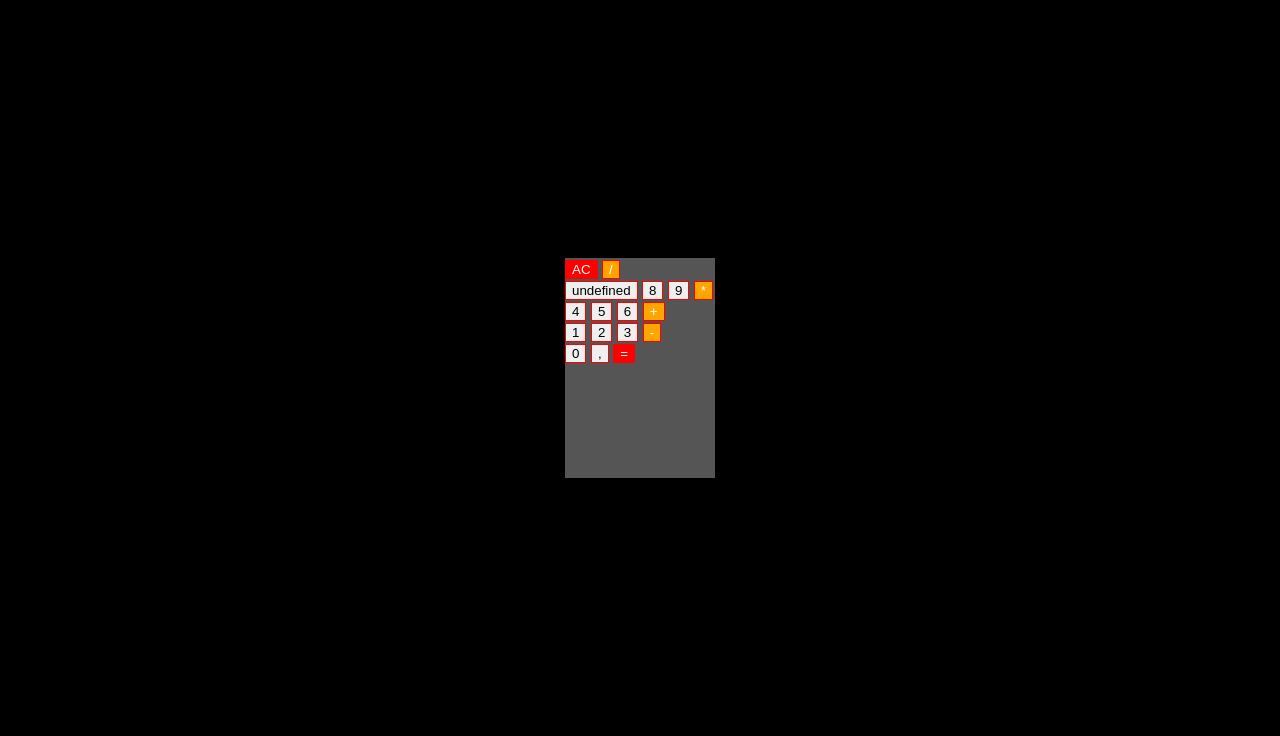
Repository: andersonxoliveira/Aplicacao_Calculadora
Page: /
An editor plug-in stored every save of this project. The page is shown before and after the next save, followed by the edit.
The browser window is 1280 px wide. The pictures show the whole page.
The project was rebuilt for these pictures with package versions that can differ from the ones it lists, and the page was loaded fresh each time. Also part of the build but not shown: svelte.config.js, vite.config.ts.

Above is the page before, as saved 2022-06-26 18:11:50.

After the next save:
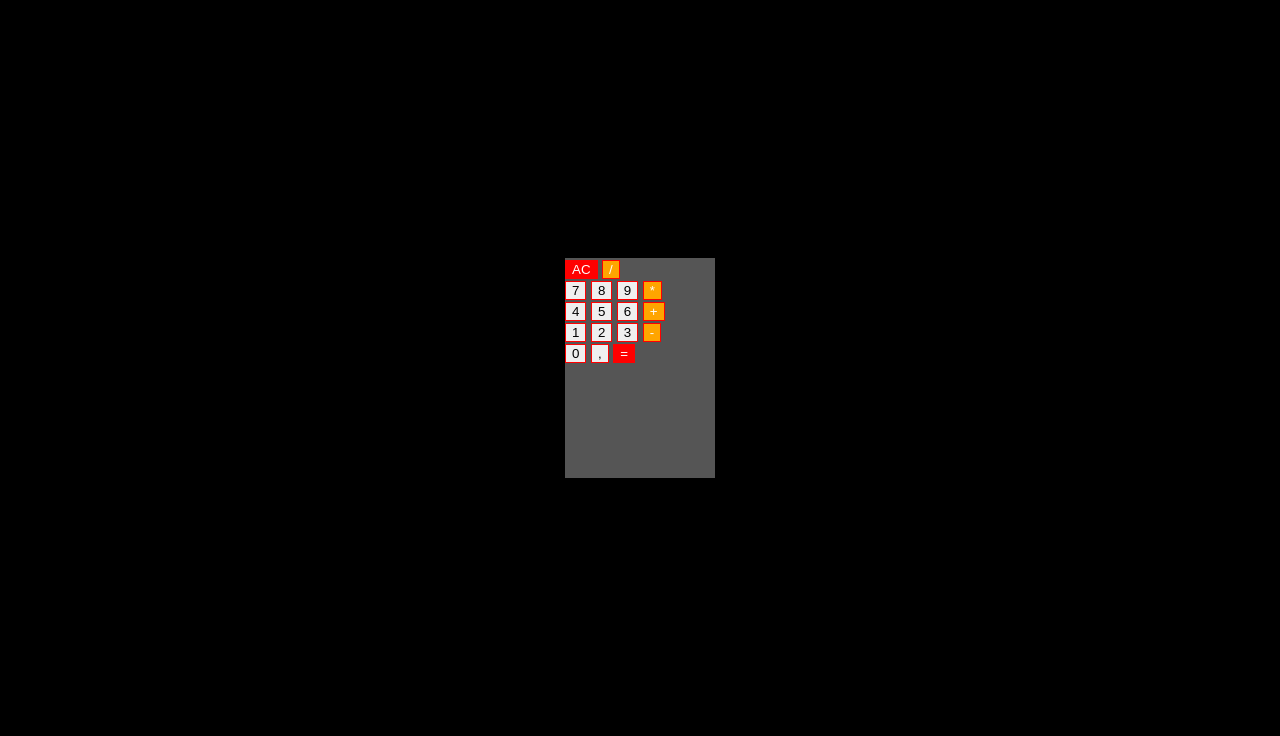
Saved 5 s later.
--- a/src/components/Calculadora.svelte
+++ b/src/components/Calculadora.svelte
@@ -9,7 +9,7 @@ import Linha from "./Linha.svelte";
     <Botao operacao texto="/"/>
 </Linha>
   <Linha >
-             <Botao botao="7"/>
+             <Botao texto="7"/>
              <Botao texto="8"/>
               <Botao texto="9"/>
               <Botao operacao texto="*"/>
